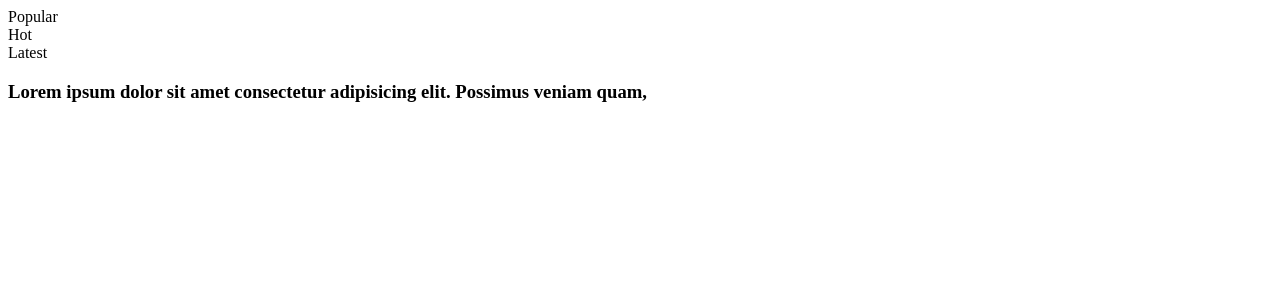
Repository: tungts3qb/Javascript
Page: tab.html
The author's editor kept a copy of each file at every save. The page is drawn from the files as they stood at one save, then again after the next save.
The browser window is 1280 px wide. The pictures show the whole page.

Above is the page before, as saved 2022-12-25 00:41:25.

After the next save:
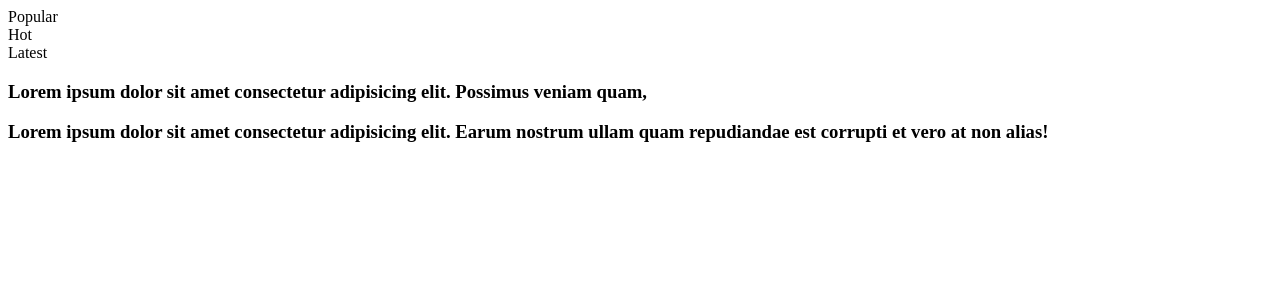
Saved 34 s later.
--- a/tab.html
+++ b/tab.html
@@ -20,6 +20,13 @@
             veniam quam,
           </h3>
         </div>
+
+        <div class="tab-content">
+          <h3 class="post-title">
+            Lorem ipsum dolor sit amet consectetur adipisicing elit. Earum
+            nostrum ullam quam repudiandae est corrupti et vero at non alias!
+          </h3>
+        </div>
       </div>
     </div>
   </body>
